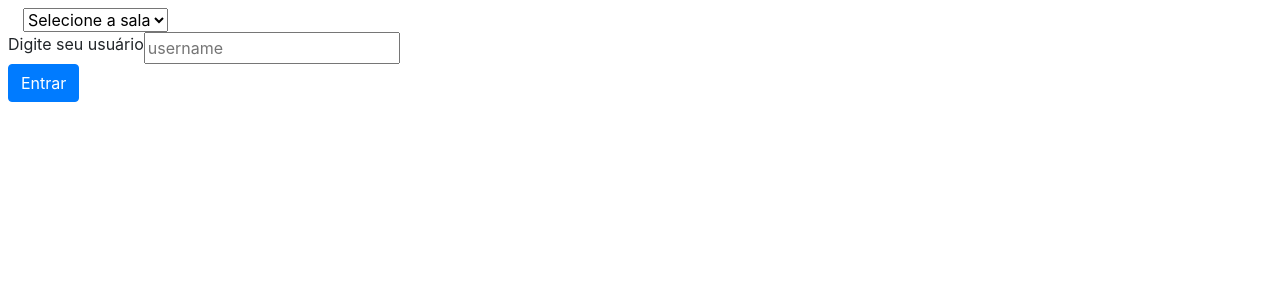
Repository: andre06x/chat-scoketio
Page: / (app in front/)
The author's editor kept a copy of each file at every save. The page is drawn from the files as they stood at one save, then again after the next save.
The browser window is 1280 px wide. The pictures show the whole page.
The page's requests for data from a server got no answer. The project was rebuilt for these pictures with package versions that can differ from the ones it lists, and the page was loaded fresh each time. No one was signed in, and anything a server would have sent is missing. Also part of the build but not shown: front/vite.config.js, front/src/chat.js.

Above is the page before, as saved 2022-05-16 10:59:47.

After the next save:
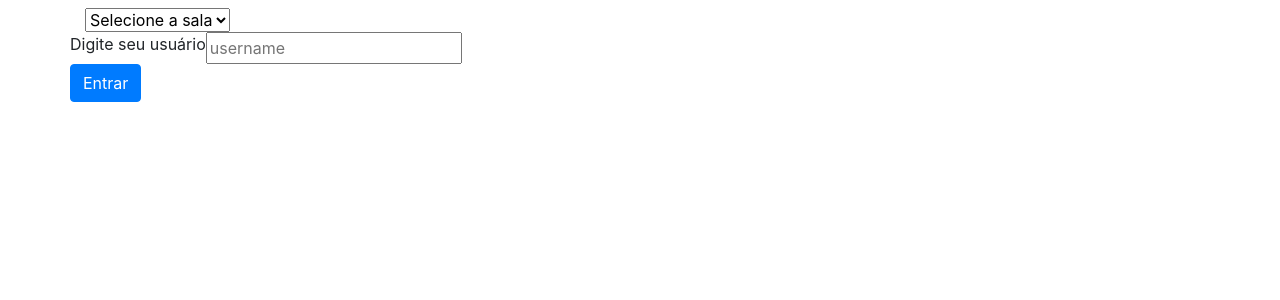
Saved 5 s later.
--- a/front/src/index.jsx
+++ b/front/src/index.jsx
@@ -19,7 +19,7 @@ const Home = () => {
   }, []);
 
   return (
-    <div class="container m-2">
+    <div class="container mt-2">
       <div class="row  mx-auto">
         <select name="select_room" id="select_room">
           <option value="-1">Selecione a sala</option>
